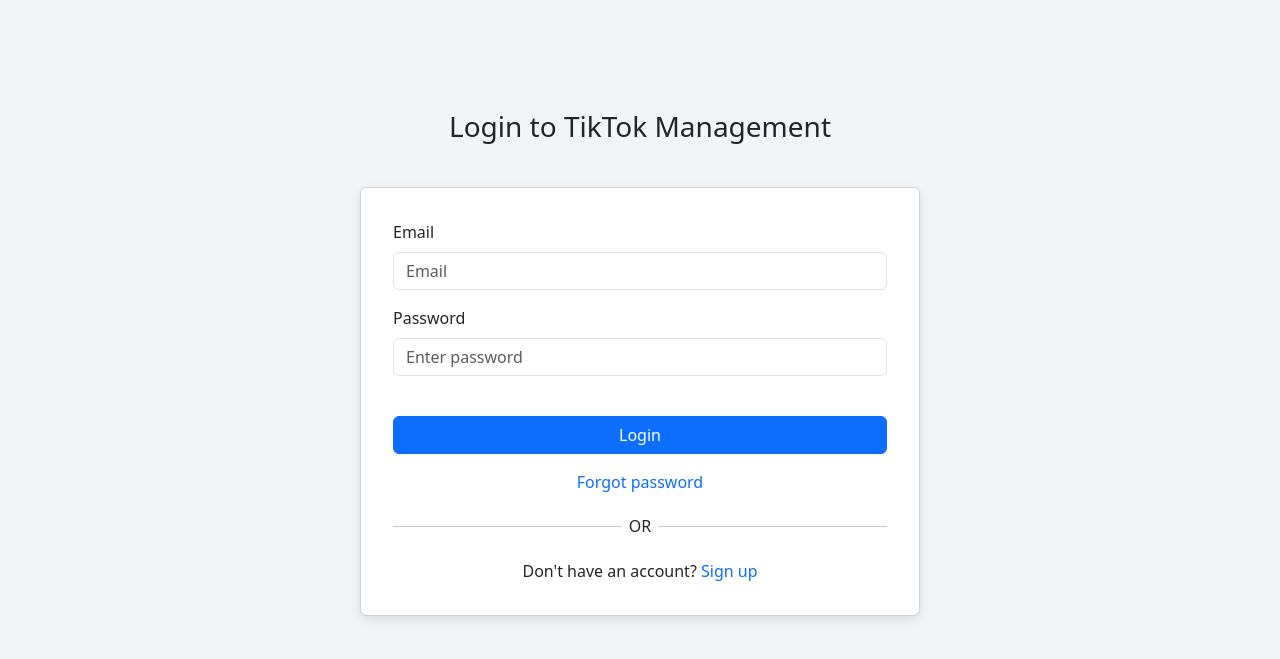
Repository: chaolaolo/tikcrm-fe
Page: /
The author's editor kept a copy of each file at every save. The page is drawn from the files as they stood at one save, then again after the next save.
The browser window is 1280 px wide. The pictures show the whole page.
The project was rebuilt for these pictures with package versions that can differ from the ones it lists, and the page was loaded fresh each time. Also part of the build but not shown: vite.config.ts, src/pages/Home/Settings.tsx, src/pages/Home/HomePage.tsx. Imported but missing from the stored project, and not drawn on this page: src/pages/Home/Dashboard, src/pages/Register/RegisterPage.

Above is the page before, as saved 2025-05-22 22:32:29.

### src/main.tsx
import React, { StrictMode } from 'react'
import ReactDOM from 'react-dom/client';
import { createRoot } from 'react-dom/client'
import './index.css'
import { BrowserRouter } from 'react-router-dom';
import { AuthProvider } from './store/AuthContext.tsx';
import App from './App.tsx'
import 'antd/dist/reset.css';
import 'bootstrap/dist/css/bootstrap.min.css';
import 'bootstrap/dist/js/bootstrap.bundle.min.js';

ReactDOM.createRoot(document.getElementById('root')!).render(
  <React.StrictMode>
    <AuthProvider>
      <BrowserRouter>
        <App />
      </BrowserRouter>
    </AuthProvider>
  </React.StrictMode>
)

### src/store/AuthContext.tsx
import React, { createContext, useContext, useState, type ReactNode } from 'react';

interface AuthContextProps {
  isLoggedIn: boolean;
  login: () => void;
  logout: () => void;
}

const AuthContext = createContext<AuthContextProps | undefined>(undefined);

export const AuthProvider = ({ children }: { children: ReactNode }) => {
  const [isLoggedIn, setIsLoggedIn] = useState(false);

  const login = () => setIsLoggedIn(true);
  const logout = () => setIsLoggedIn(false);

  return (
    <AuthContext.Provider value={{ isLoggedIn, login, logout }}>
      {children}
    </AuthContext.Provider>
  );
};

export const useAuth = () => {
  const context = useContext(AuthContext);
  if (!context) throw new Error('useAuth must be used within AuthProvider');
  return context;
};

### src/App.tsx
import { useState } from 'react'
import reactLogo from './assets/react.svg'
import viteLogo from '/vite.svg'
import './App.css'
import { useAuth } from './store/AuthContext';
import { Navigate, Route, Routes } from 'react-router-dom';
import LoginPage from './pages/Auth/LoginPage';
import RegisterPage from './pages/Register/RegisterPage';
import HomePage from './pages/Home/HomePage';
import 'bootstrap/dist/css/bootstrap.min.css';
import 'bootstrap/dist/js/bootstrap.bundle.min.js';
import 'antd/dist/reset.css'

const App = () => {
  const { isLoggedIn } = useAuth();

  return (
    <Routes>
      <Route path="/login" element={<LoginPage />} />
      <Route path="/register" element={<RegisterPage />} />
      <Route
        path="/home/*"
        element={isLoggedIn ? <HomePage /> : <Navigate to="/login" />}
      />
      <Route path="*" element={<Navigate to={isLoggedIn ? "/home" : "/login"} />} />
    </Routes>
  );
};

export default App;

### src/pages/Auth/LoginPage.tsx
import React from 'react';
import 'bootstrap/dist/css/bootstrap.min.css';

const LoginPage: React.FC = () => {
  return (
    <div style={{
      backgroundColor: '#f1f5f7', // Màu light của Bootstrap
      position: 'fixed',
      top: 0,
      left: 0,
      right: 0,
      bottom: 0,
      overflow: 'auto'
    }}>
      <div className="d-flex justify-content-center align-items-center min-vh-100 p-3">
        <div className="w-100" style={{ maxWidth: '600px', }}>
          <p className="text-center mb-8 fs-3 fw-normal">Login to TikTok Management</p>
          <div className="card p-8 " style={{
            marginTop: '40px',
            marginLeft: '20px',
            marginRight: '20px',
            backgroundColor: 'white',
            boxShadow: '0 4px 12px rgba(0, 0, 0, 0.1)'
          }}>
            <form>
              <div className="mb-3 text-start">
                <label htmlFor="email" className="form-label">Email</label>
                <input
                  type="email"
                  className="form-control"
                  id="email"
                  placeholder="Email"
                />
              </div>

              <div className="mb-3 text-start">
                <label htmlFor="password" className="form-label">Password</label>
                <input
                  type="password"
                  className="form-control"
                  id="password"
                  placeholder="Enter password"
                />
              </div>

              <button type="submit" className="btn btn-primary w-100 mb-3 mt-4">Login</button>

              <div className="text-center mb-3">
                <a href="#forgot-password" className="text-decoration-none">Forgot password</a>
              </div>

              <div className="d-flex align-items-center mb-3">
                <hr className="flex-grow-1" />
                <span className="px-2">OR</span>
                <hr className="flex-grow-1" />
              </div>

              <div className="text-center">
                <span>Don't have an account? </span>
                <a href="#signup" className="text-decoration-none">Sign up</a>
              </div>
            </form>
          </div>
        </div>
      </div>
    </div>
  );
};

export default LoginPage;

Loaded but not shown: index.html (common file); src/index.css (common file); src/App.css (common file)

After the next save:
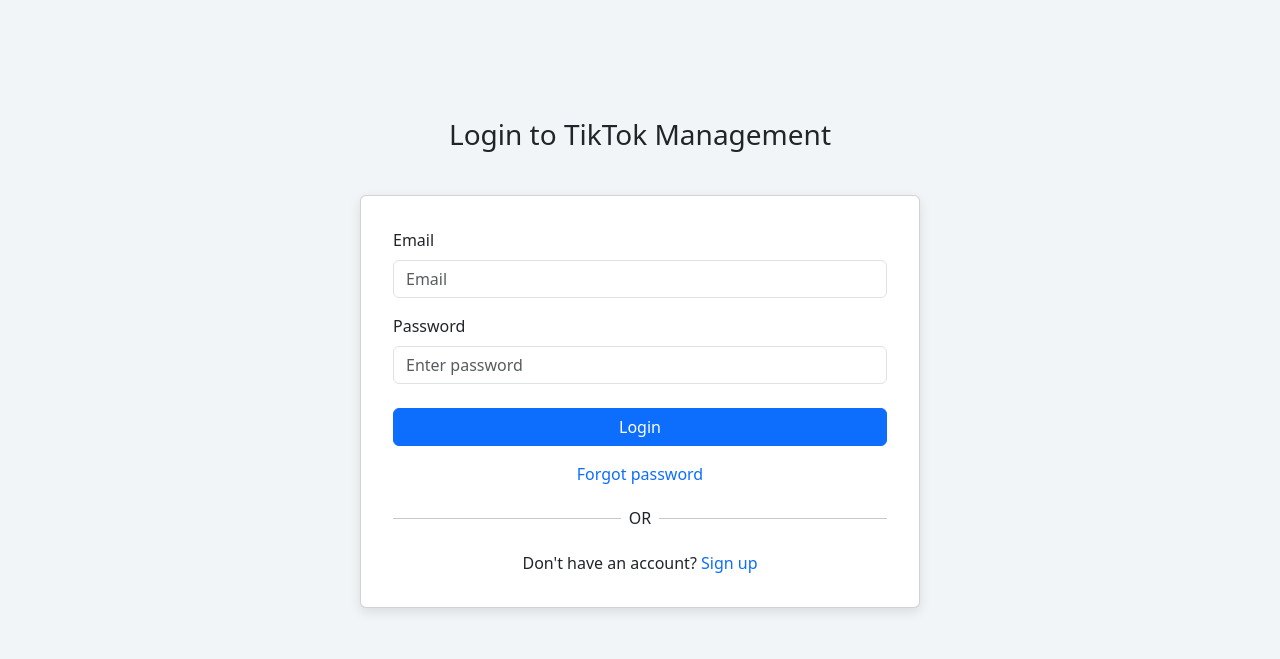
Saved 15 s later.
--- a/src/pages/Auth/LoginPage.tsx
+++ b/src/pages/Auth/LoginPage.tsx
@@ -33,7 +33,7 @@
                 />
               </div>
 
-              <div className="mb-3 text-start">
+              <div className="mb-4 text-start">
                 <label htmlFor="password" className="form-label">Password</label>
                 <input
                   type="password"
@@ -43,7 +43,7 @@
                 />
               </div>
 
-              <button type="submit" className="btn btn-primary w-100 mb-3 mt-4">Login</button>
+              <button type="submit" className="btn btn-primary w-100 mb-3">Login</button>
 
               <div className="text-center mb-3">
                 <a href="#forgot-password" className="text-decoration-none">Forgot password</a>
